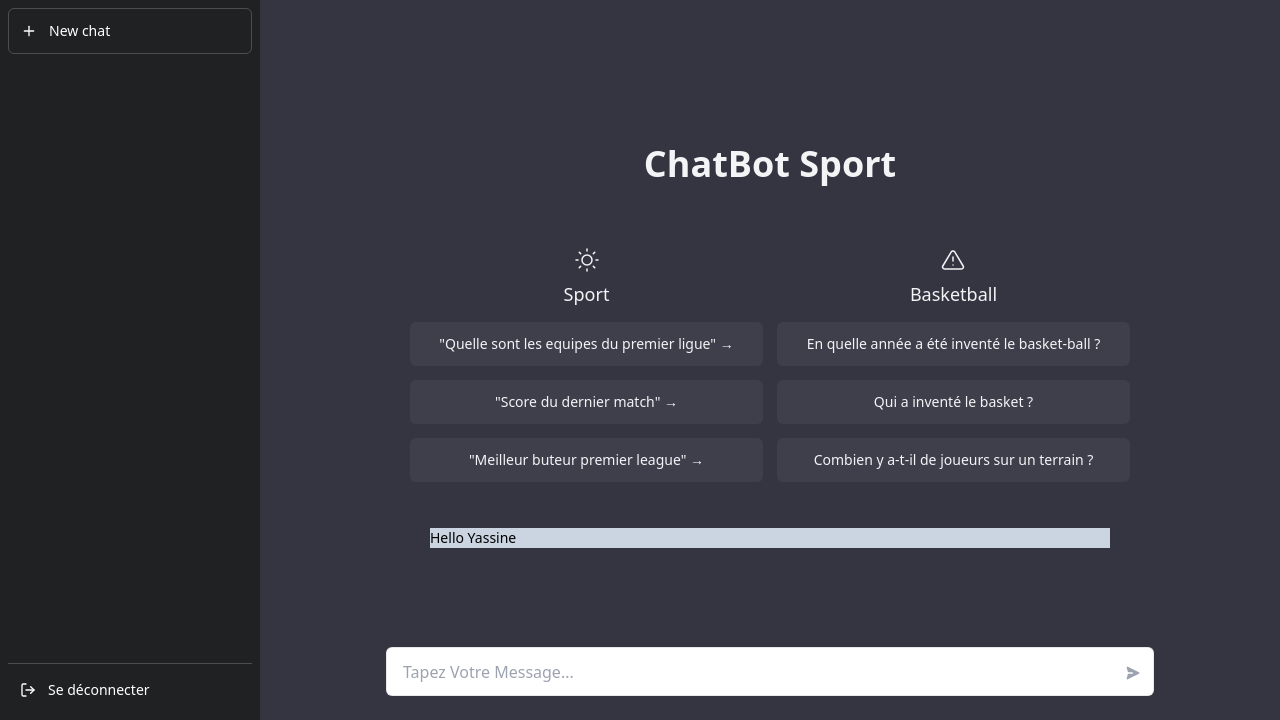
Repository: HaithemBenSlama/chatbot-front
Page: /, after clicking the first element matching `button.sc-gsFSXq`
These files come from the project's save history. The page is drawn as it stood at one moment and after the next save; the edit follows.
The browser window is 1280 px wide. The pictures show the whole page.
The project was rebuilt for these pictures with package versions that can differ from the ones it lists, and the page was loaded fresh each time. Also part of the build but not shown: src/constants/svg/lightningChargeIcon.js, src/constants/svg/externalLinkIcon.js, src/constants/svg/discordIcon.js, src/constants/svg/menuIcon.js, src/Components/Login/form-input.css.

Above is the page before, as saved 2023-05-01 22:05:22.

After the next save:
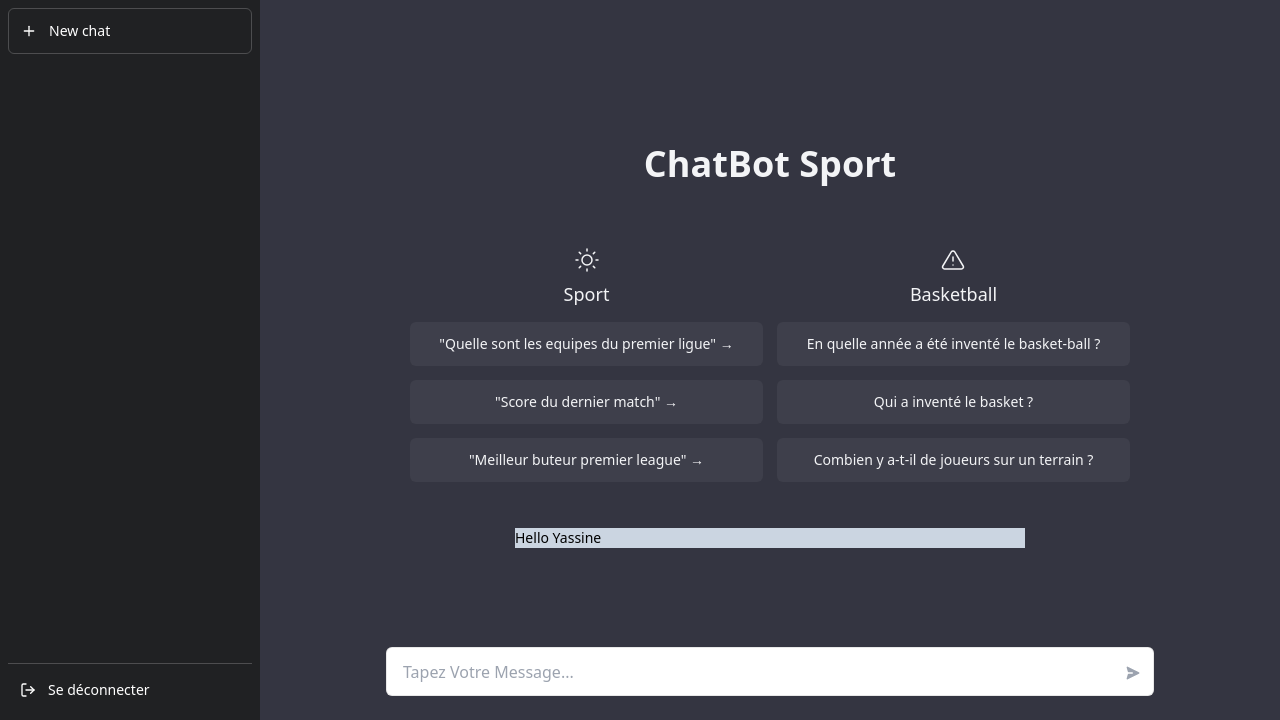
Saved 15 s later.
--- a/src/Components/main/RightSection/index.js
+++ b/src/Components/main/RightSection/index.js
@@ -60,7 +60,7 @@ const RightSection = () => {
                 ))}
               </div>
             </div>
-            <div className="mx-20 w-2/3 h-48 flex-shrink-0">
+            <div className="w-1/2 h-48 flex-shrink-0">
               <p className="bg-slate-300">Hello Yassine</p>
             </div>
           </div>
